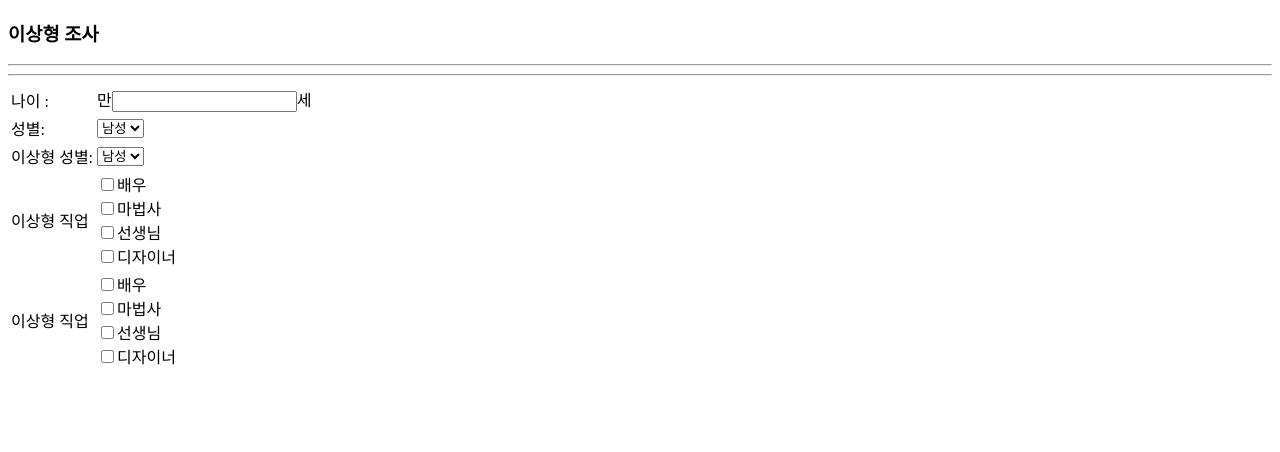
Repository: 2hundred2ne2/bit
Page: http://localhost/First_Web/work/requestForm.jsp
The author's editor kept a copy of each file at every save. The page is drawn from the files as they stood at one save, then again after the next save.
The browser window is 1280 px wide. The pictures show the whole page.
The page is served by Tomcat 9.

Above is the page before, as saved 2020-12-17 09:09:12.

After the next save:
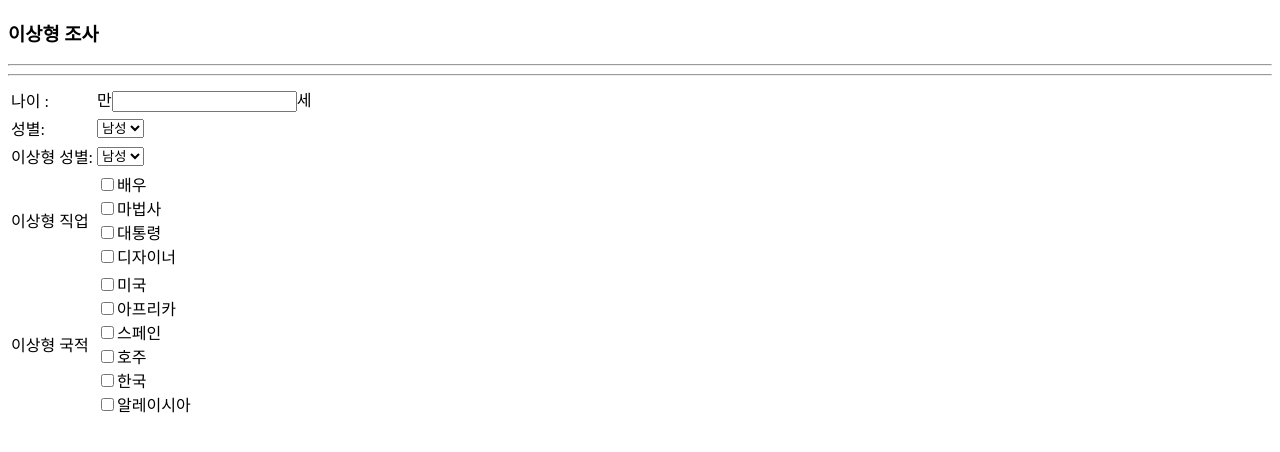
Saved 5 min 7 s later.
--- a/JSP_PROJECT/First_Web/WebContent/work/requestForm.jsp
+++ b/JSP_PROJECT/First_Web/WebContent/work/requestForm.jsp
@@ -57,19 +57,22 @@
 				<td>
 					<input type="checkbox" name="interest" value="배우 ">배우<br>
 					<input type="checkbox" name="interest" value="마법사">마법사 <br>
-					<input type="checkbox" name="interest" value="선생님 ">선생님 <br>
+					<input type="checkbox" name="interest" value="대통령">대통령 <br>
 					<input type="checkbox" name="interest" value="디자이너 ">디자이너
 
 				</td>
 			</tr>
 				<hr>
 			<tr>
-				<td>이상형 직업</td>
+				<td>이상형 국적</td>
 				<td>
-					<input type="checkbox" name="interest" value="배우 ">배우<br>
-					<input type="checkbox" name="interest" value="마법사">마법사 <br>
-					<input type="checkbox" name="interest" value="선생님 ">선생님 <br>
-					<input type="checkbox" name="interest" value="디자이너 ">디자이너
+					<input type="checkbox" name="interest" value="미국">미국<br>
+					<input type="checkbox" name="interest" value="아프리카">아프리카 <br>
+					<input type="checkbox" name="interest" value="스페인">스페인  <br>
+					<input type="checkbox" name="interest" value="호주">호주<br>
+					<input type="checkbox" name="interest" value="한국">한국<br>
+					<input type="checkbox" name="interest" value="말레이시아">알레이시아<br>
+
 				</td>
 			</tr>
 			<tr>
